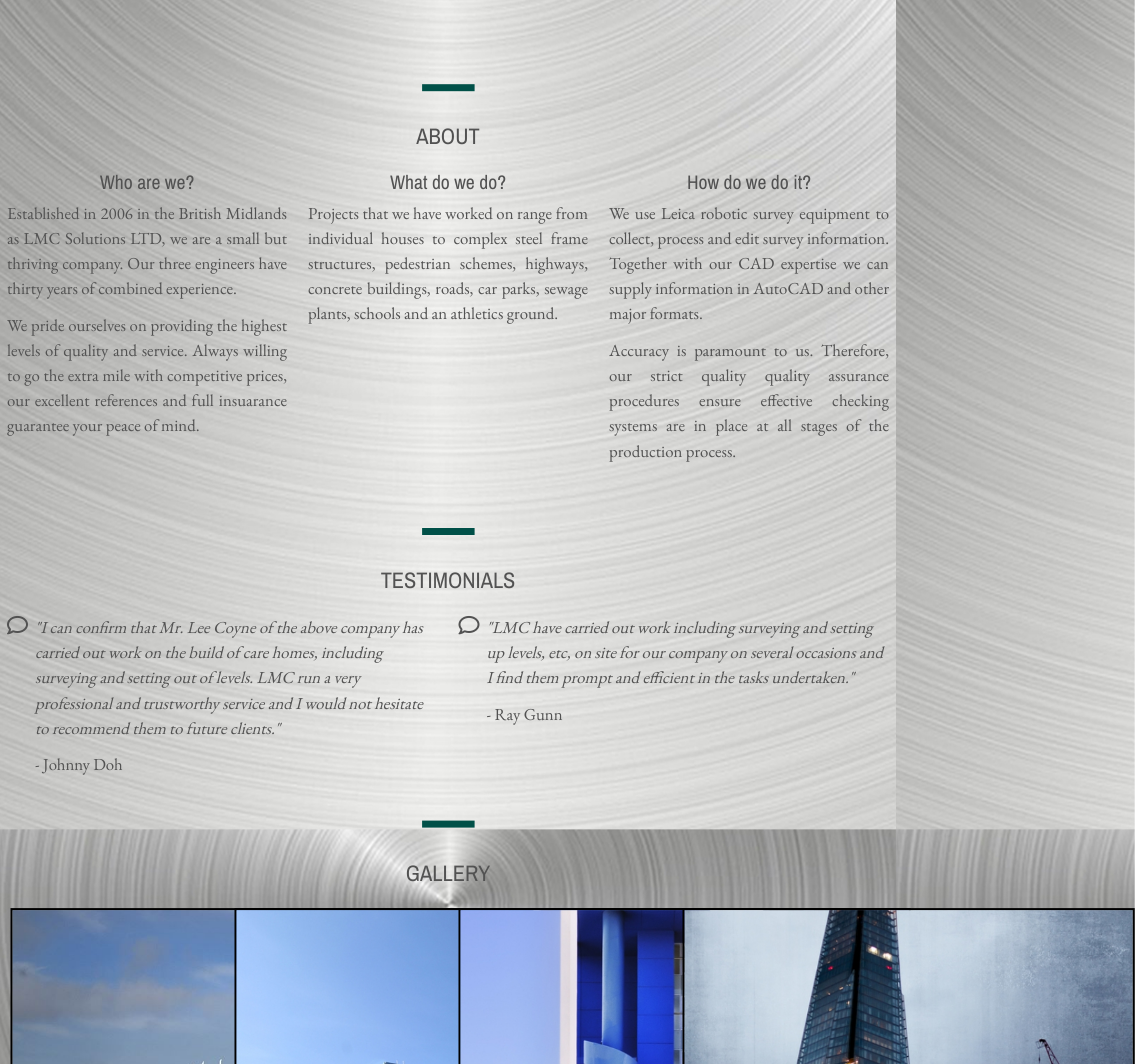
Repository: Leo-Cullen/first-milestone-project
Page: index.html
The author's editor kept a record of every edit. The page is drawn from the files as they stood at one moment, then again after the next edit.
The browser window is 1280 px wide. The page is 1621 px wide, so the pictures cover 1621 px, including what lies to the right of the window. The pictures show the part of the page from y = 625 to 2145 px (the page is 2919 px tall before and 2955 px after), at 70% of full size.
Backgrounds fixed to the window are drawn as part of the page. Some web libraries are served in a nearby version.

Above is the page before.

### index.html
<!DOCTYPE html>
<html lang="en">

<head>
    <meta charset="UTF-8">
    <meta name="viewport" content="width=device-width, initial-scale=1.0">
    <meta http-equiv="X-UA-Compatible" content="ie=edge">
    <link rel="stylesheet" href="https://stackpath.bootstrapcdn.com/bootstrap/4.3.1/css/bootstrap.min.css" integrity="sha384-ggOyR0iXCbMQv3Xipma34MD+dH/1fQ784/j6cY/iJTQUOhcWr7x9JvoRxT2MZw1T" crossorigin="anonymous">
    <link href="https://fonts.googleapis.com/css?family=Archivo+Narrow|EB+Garamond&display=swap" rel="stylesheet">
    <link rel="stylesheet" href="assets/css/style.css" type="text/css" />
    <title>Coyne | Surveying and setting out services</title>
    <script src="https://kit.fontawesome.com/c525f812d6.js"></script>
</head>

<body>

    <nav class="navbar top-navbar navbar-expand-sm navbar-dark bg-dark fixed-top">
        <a class="navbar-brand" href="#"> COYNE </a>
        <button class="navbar-toggler" type="button" data-toggle="collapse" data-target="#navbarNav" aria-controls="navbarNav" aria-expanded="false" aria-label="Toggle navigation">
            <span class="navbar-toggler-icon"></span>
        </button>
        <div class="collapse navbar-collapse" id="navbarNav">
            <ul class="navbar-nav mr-auto">
                <li class="nav-item active">
                    <a class="active nav-link mr-2" href="#">Home <span class="sr-only">(current)</span></a>
                </li>
                <li class="nav-item mr-2">
                    <a class="nav-link" href="#about">About</a>
                </li>
                <li class="nav-item mr-2">
                    <a class="nav-link" href="#testimonials">Testimonials</a>
                </li>
                <li class="nav-item mr-2">
                    <a class="nav-link" href="#gallery-anchor">Gallery</a>
                </li>
                <li class="nav-item mr-2">
                    <a class="nav-link" href="#contact">Contact</a>
                </li>
            </ul>
            <div class="d-none d-md-block">
                <p class="navbar-text my-auto mr-2"><i>Because success is built on strong foundations.</i></p>
            </div>
        </div>
    </nav>

    <div class="container-fluid  splash-container">
        <div class="row">
            <div class="col-12">
                <section class="splash jumbotron">
                    <img src="assets/images/coyne-logo.png" width="100%" height="100%" style="margin-top:100px" />
                    <!--  -->
                </section>
            </div>
        </div>
    </div>

    <div class="container-fluid about-container content-container">
        <!-- About section -->
        <hr id="about" />
        <section class="about-section">
            <div class="row">
                <div class="col-12 page-header">
                    <h2 class="text-uppercase section-heading">About</h2>
                </div>
            </div>
            <div class="row">
                <div class="col-12 col-md-6 col-lg-4">
                    <div class="about-col">
                        <h3 class="about-heading">Who are we?</h3>
                        <p>Established in 2006 in the British Midlands as LMC Solutions LTD, we are a small but thriving company. Our three engineers have thirty years of combined experience.</p>
                        <p>We pride ourselves on providing the highest levels of quality and service. Always willing to go the extra mile with competitive prices, our excellent references and full insuarance guarantee your peace of mind.</p>
                    </div>
                </div>
                <div class="col-12 col-md-6 col-lg-4">
                    <div class="about-col">
                        <h3 class="about-heading">What do we do?</h3>
                        <p>Projects that we have worked on range from individual houses to complex steel frame structures, pedestrian schemes, highways, concrete buildings, roads, car parks, sewage plants, schools and an athletics ground.</p>
                    </div>
                </div>
                <div class="col-12 col-md-6 col-lg-4">
                    <div class="about-col">
                        <h3 class="about-heading">How do we do it?</h3>
                        <p>We use Leica robotic survey equipment to collect, process and edit survey information. Together with our CAD expertise we can supply information in AutoCAD and other major formats.</p>
                        <p>Accuracy is paramount to us. Therefore, our strict quality quality assurance procedures ensure effective checking systems are in place at all stages of the production process.</p>
                    </div>
                </div>
            </div>
        </section>
        <!-- / About section -->
    </div>
    <!-- / About container -->

    <div class="container-fluid testimonials-container content-container">
        <!-- Testimonials section -->
        <hr id="testimonials" />
        <section class="testimonials">
            <div class="row">
                <div class="col-12 page-header">
                    <h2 class="text-uppercase section-heading">Testimonials</h2>
                </div>
            </div>
            <div class="row">
                <div class="col-12 col-md-6">
                    <div class="media">
                        <i class="far fa-comment" class="mr-3"></i>
                        <blockquote class="blockquote">
                            <p class="quote">"I can confirm that Mr. Lee Coyne of the above company has carried out work on the build of care homes, including surveying and setting out of levels. LMC run a very professional and trustworthy service and I would not hesitate
                                to recommend them to future clients."</p>
                            <p>- Johnny Doh</p>
                        </blockquote>
                    </div>
                </div>
                <div class="col-12 col-md-6">
                    <div class="media">
                        <i class="far fa-comment" class="mr-3"></i>
                        <blockquote class="blockquote">
                            <p class="quote">"LMC have carried out work including surveying and setting up levels, etc, on site for our company on several occasions and I find them prompt and efficient in the tasks undertaken."</p>
                            <p>- Ray Gunn</p>
                        </blockquote>
                    </div>
                </div>
            </div>
        </section>
        <!-- / Testimonials section -->
    </div>
    <!-- / Testimonials container -->

    <!-- Gallery container -->
    <div class="container-fluid gallery-container content-container">
        <hr id="gallery-anchor" />
        <section class="gallery">
            <div class="row">
                <div class="col-12 page-header">
                    <h2 class="text-uppercase section-heading">Gallery</h2>
                </div>
            </div>
            <div class="row">
                <div class="col-md-6 col-xl-3">
                    <img class="img-responsive" src="assets/images/blackpool-fc.jpg" />
                    <h5>Blackpool Football Stadium</h5>
                    <p><a class="btn btn-small btn-light" href="#">Read More</a></p>
                </div>
                <div class="col-md-6 col-xl-3">
                    <img class="img-responsive" src="assets/images/bridge-640x480.jpg" />
                    <h5>The Bridge</h5>
                    <p><a class="btn btn-small btn-light" href="#">Read More</a></p>
                </div>
                <div class="col-md-6 col-xl-3">
                    <img class="img-responsive" src="assets/images/appartments-640x480.jpg" />
                    <h5>Skyscraper</h5>
                    <p><a class="btn btn-small btn-light" href="#">Read More</a></p>
                </div>
                <div class="col-md-6 col-xl-3">
                    <img class="img-responsive" src="assets/images/skyscraper-640x480.jpg" />
                    <h5>The Cloisters</h5>
                    <p><a class="btn btn-small btn-light" href="#">Read More</a></p>
                </div>
            </div>
        </section>
    </div>
    <!-- / Gallery container -->

    <!-- Contact container -->
    <div class="container-fluid contact-container content-container">
        <hr id="contact" />
        <section class="contact">
            <div class="row">
                <div class="col-12 page-header">
                    <h2 class="text-uppercase section-heading">Get in Touch</h2>
                    <p><i class="fas fa-mobile-alt"></i> 555 555 5555</p>
                    <p><i class="fas fa-phone-volume"></i> 555 555 5555</p>
                    <p><i class="fas fa-paper-plane"></i> coyne@struct.ie</p>
                </div>
            </div>
        </section>
    </div>
    <!-- / Contact container -->

    <!-- Footer -->
    <nav class="navbar navbar-expand-sm navbar-dark bg-dark">
        <a class="navbar-brand" href="#">COYNE</a>

        <ul class="navbar-nav mr-auto">
            <li class="nav-item">
                <a class="nav-link" href="#">Facebook</a>
            </li>
            <li class="nav-item">
                <a class="nav-link" href="#">LinkedIn</a>
            </li>
            <li class="nav-item">
                <a class="nav-link disabled" href="#"></a>
            </li>
        </ul>
    </nav>
    <!-- / Footer -->

    <script src="https://code.jquery.com/jquery-3.3.1.slim.min.js" integrity="sha384-q8i/X+965DzO0rT7abK41JStQIAqVgRVzpbzo5smXKp4YfRvH+8abtTE1Pi6jizo" crossorigin="anonymous"></script>
    <script src="https://cdnjs.cloudflare.com/ajax/libs/popper.js/1.14.7/umd/popper.min.js" integrity="sha384-UO2eT0CpHqdSJQ6hJty5KVphtPhzWj9WO1clHTMGa3JDZwrnQq4sF86dIHNDz0W1" crossorigin="anonymous"></script>
    <script src="https://stackpath.bootstrapcdn.com/bootstrap/4.3.1/js/bootstrap.min.js" integrity="sha384-JjSmVgyd0p3pXB1rRibZUAYoIIy6OrQ6VrjIEaFf/nJGzIxFDsf4x0xIM+B07jRM" crossorigin="anonymous"></script>

</body>

</html>

### assets/css/style.css
body {
    color: #525252;
    /* background-color: #E3E0DF;   light gray */
    font-family: "Open Sans", sans-serif;
    background: url(../images/metal-background.jpg) no-repeat center center fixed;
    -webkit-background-size: cover;
    -moz-background-size: cover;
    -o-background-size: cover;
    background-size: cover;

}

h1,h2,h3 {
    font-family: 'Archivo Narrow', sans-serif;
}

p {
    font-family: 'EB Garamond', serif;
    font-size: x-large;
}

.navbar-brand {
    font-weight: bold;
}

.navbar-nav a {
    font-weight: bold;
}

.page-header {
    margin-top: 0;
    margin-bottom: 0;
    text-align: center;
}

.page-header h2 {
    margin-top: 30px;
    margin-bottom: 30px;
}

/* not used */
.opaque-overlay {
    position: absolute;
    top: 0;
    left: 0;
    height: 100%;
    width: 100%;
    background-color: rgba(0,0,0,0.5);
}

hr {
    width: 75px;
    height: 10px;
    border: 0;
    background-color: #005048; /* dark green */
}

.section-heading {
    text-align: center;
}

.content-container {
    margin-bottom: 20px;
}

.splash-container {
     height: 100vh;
    <!-- background: url(../images/building-site-trans.png) no-repeat bottom right fixed; -->
    -webkit-background-size: cover;
    -moz-background-size: cover;
    -o-background-size: cover;
    background-size: cover;
    display: flex;
    align-items: center;
    justify-content: center;
    position: relative;
}


.jumbotron {
    background-color: transparent;
}

.about-container {
    padding: 10px;
}

.about-col {
    padding-bottom: 20px;
}

.about-heading {
    text-align: center;
}

.about-col p {
    text-align: justify;
}

.testimonials-container {
    margin-top: 20px;
    padding: 10px;
}

.quote {
    font-style: italic;
}

.testimonials i {
    font-size: 30px;
    margin-right: 10px;
}

.gallery-container {
    text-align: center;
}

.gallery-container img {
    border: solid 3px #000;
}

.gallery-container h5 {
    padding-top: 6px;
}

.gallery-container p {
    margin-bottom: 30px;
}

.contact-container {
    padding: 10px;
    text-align: center;
    padding-bottom: 0;
}

.contact-container i {
    font-size: 20px;
}

.contact-container p {
    font-family: 'Archivo Narrow', sans-serif;
    font-size: 24px;
    letter-spacing: 2px;
}

After the next edit:
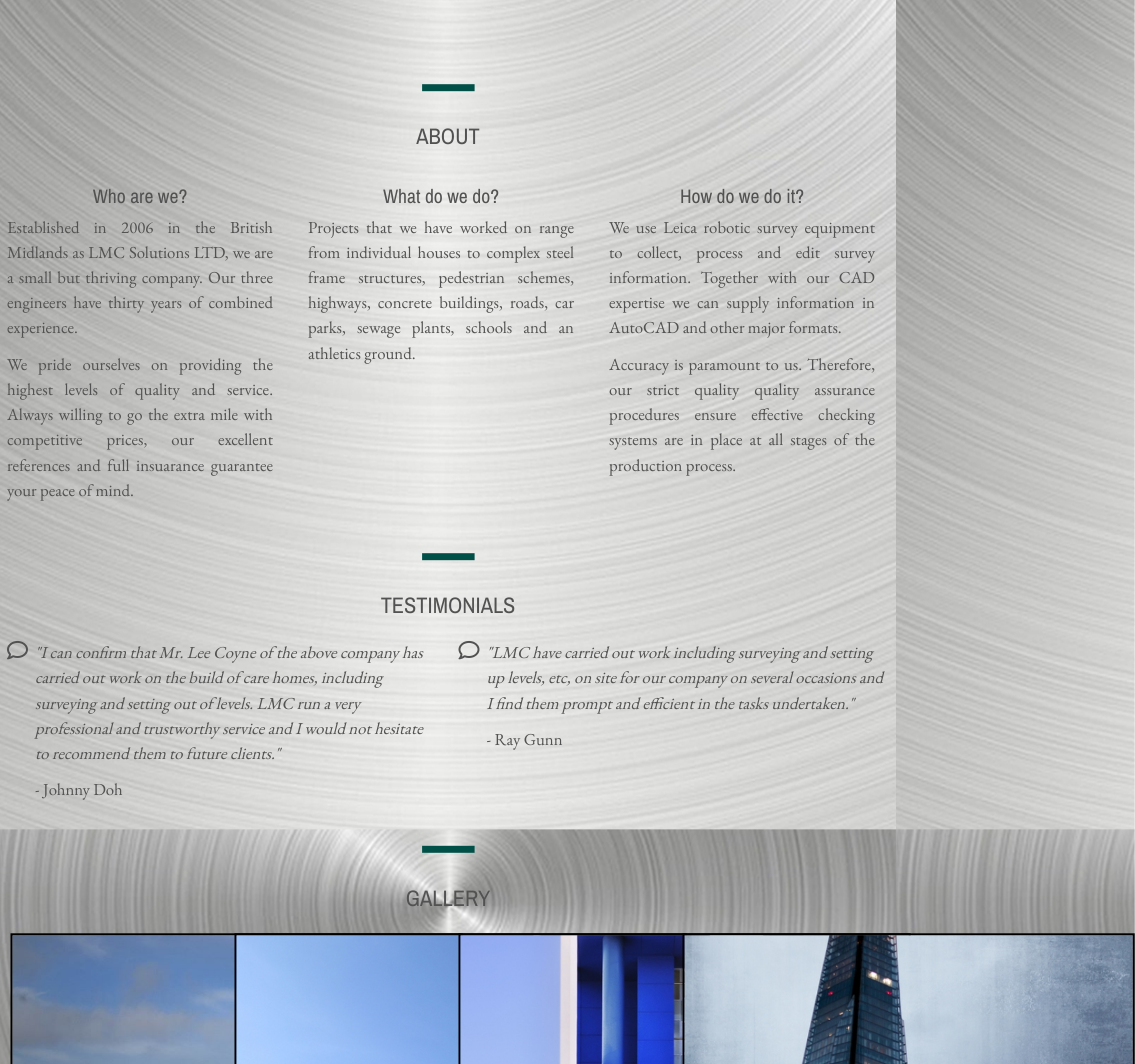
The edit:
--- a/assets/css/style.css
+++ b/assets/css/style.css
@@ -86,7 +86,8 @@
 }
 
 .about-col {
-    padding-bottom: 20px;
+    padding-top: 20px;
+    padding-right: 20px;
 }
 
 .about-heading {
